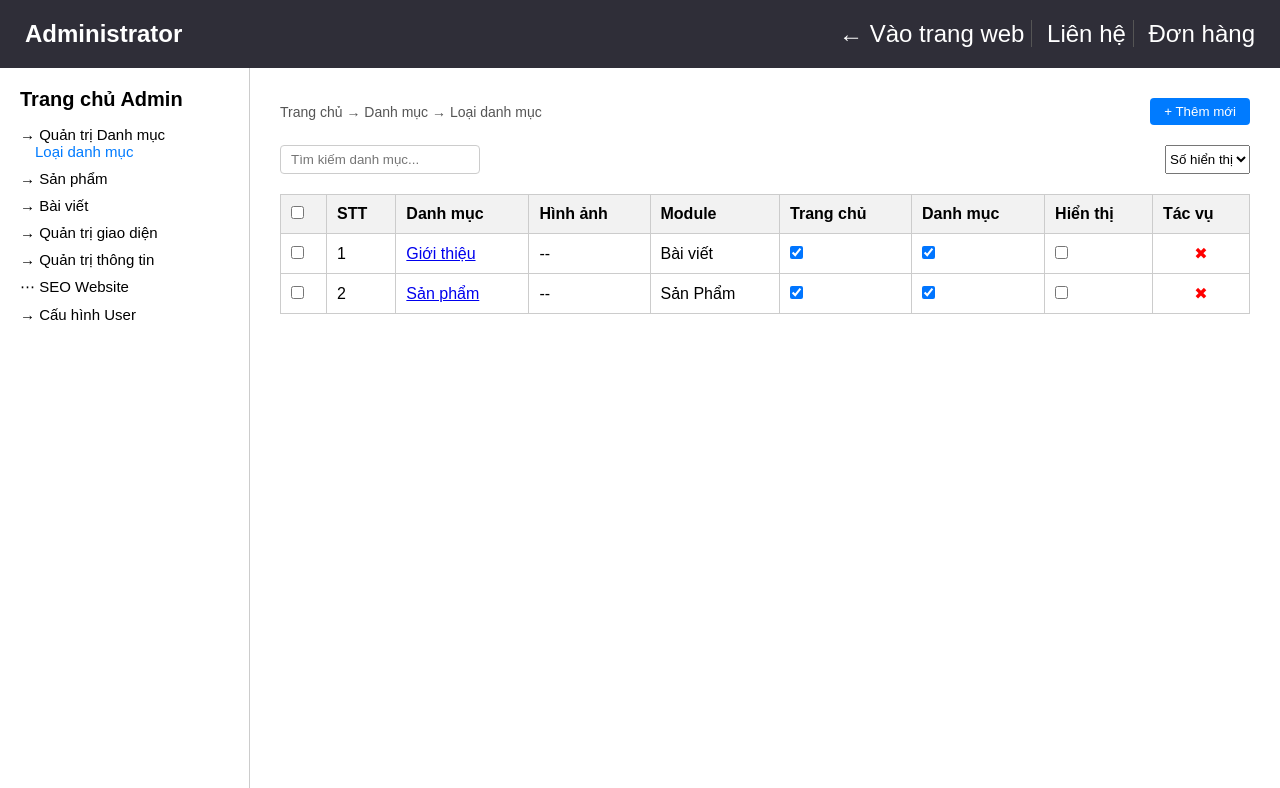
Repository: TranTanDat0606/Du-An-1
Page: Admin]/admin.html
These files come from the project's save history. The page is drawn as it stood at one moment and after the next save; the edit follows.
The browser window is 1280 px wide. The pictures show the whole page.

Above is the page before, as saved 2025-07-30 14:49:41.

After the next save:
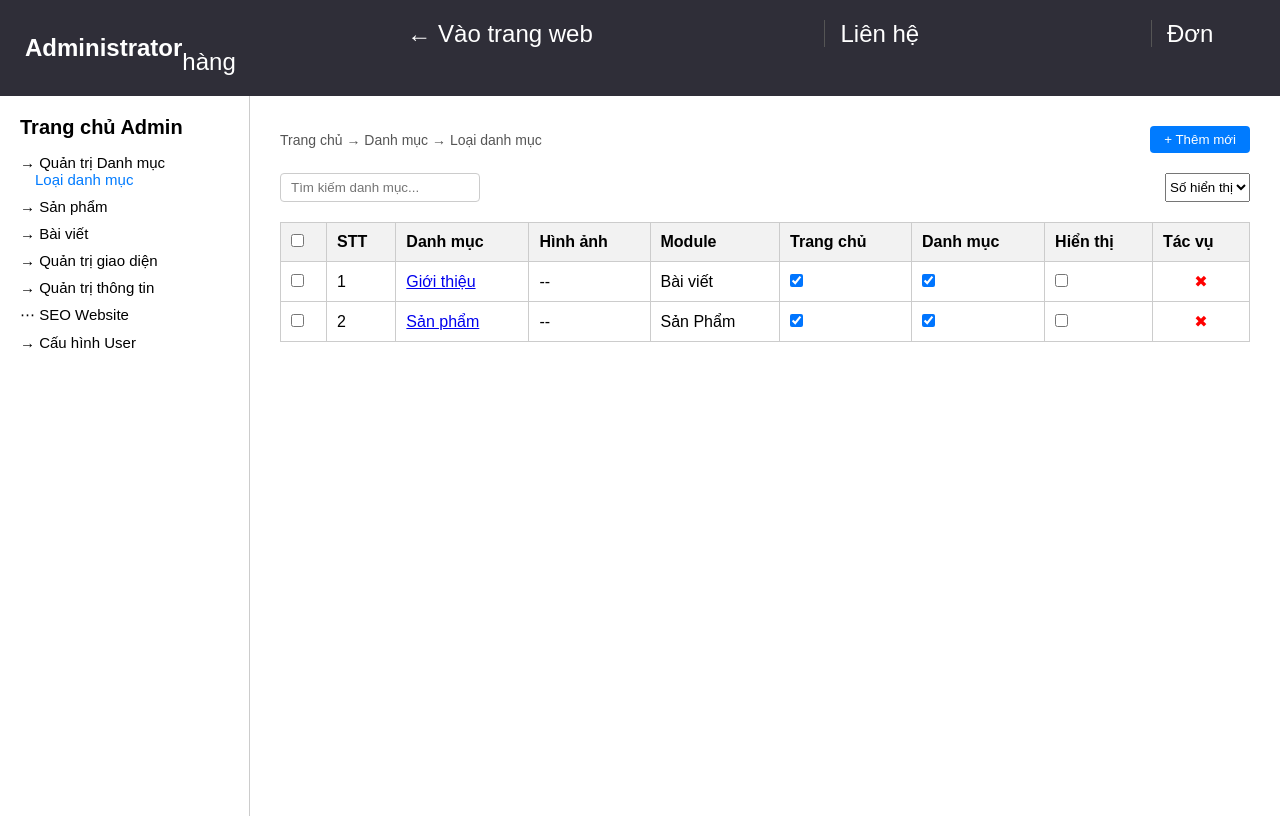
Saved 5 s later.
--- a/Admin]/admin.css
+++ b/Admin]/admin.css
@@ -23,7 +23,7 @@
 .topbar-right a {
     color: white;
     text-decoration: none;
-    margin-left: 22 5px;
+    margin-left: 225px;
     border-left: 1px solid #555;
     padding-left: 15px;
 }

After the save that followed:
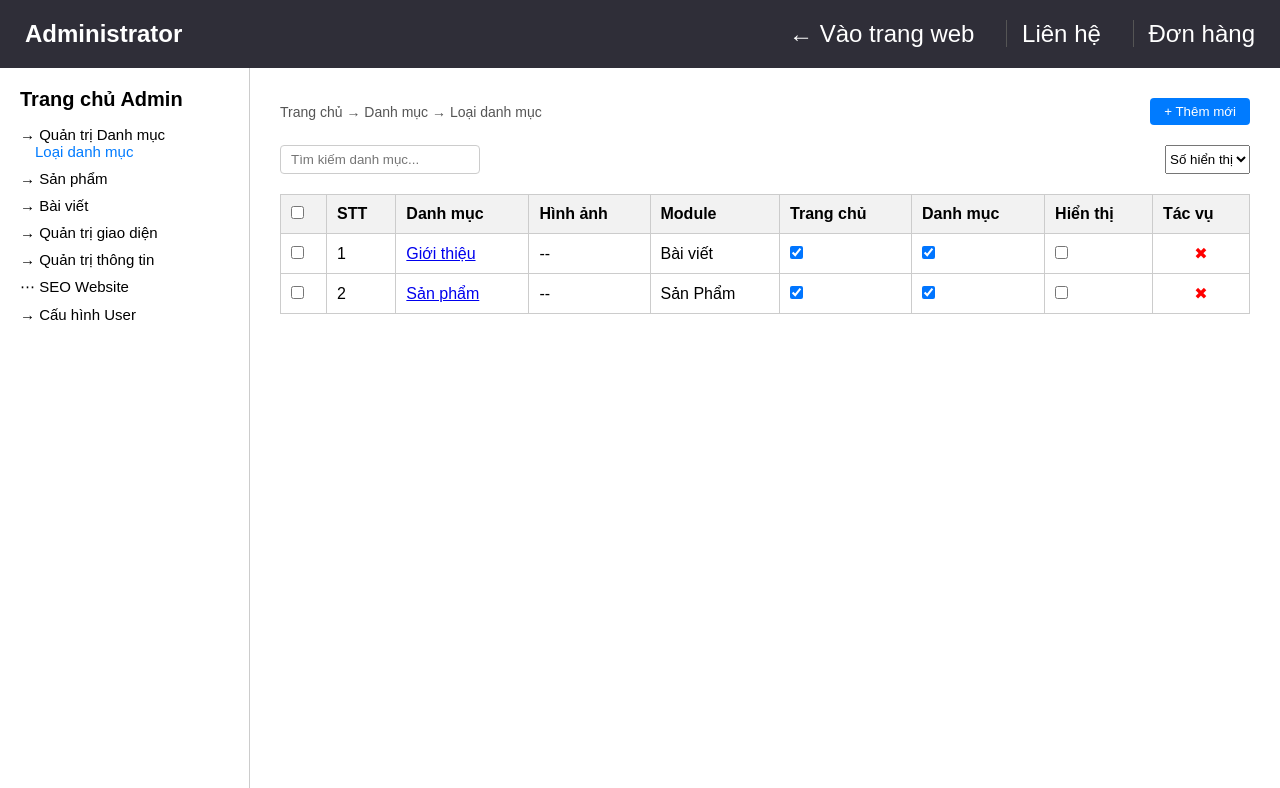
Saved 6 s later.
--- a/Admin]/admin.css
+++ b/Admin]/admin.css
@@ -23,7 +23,7 @@
 .topbar-right a {
     color: white;
     text-decoration: none;
-    margin-left: 225px;
+    margin-left: 25px;
     border-left: 1px solid #555;
     padding-left: 15px;
 }
